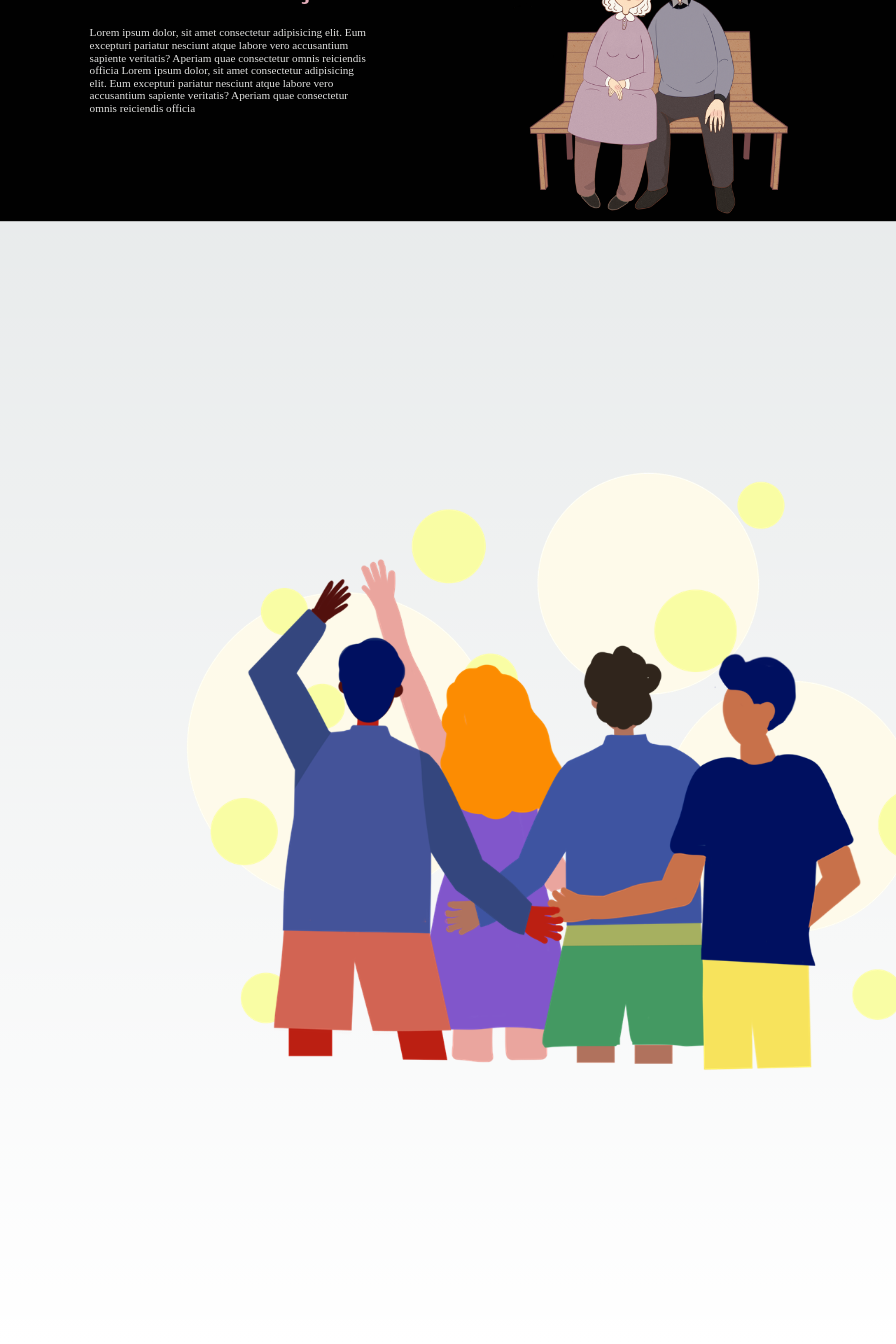
Repository: Giopol12/melhor-idade-online
Page: /home
The author's editor kept a copy of each file at every save. The page is drawn from the files as they stood at one save, then again after the next save.
The browser window is 1280 px wide. The pictures show the part of the page from y = 1010 to 2930 px (the page is 2930 px tall before and 1930 px after), at 70% of full size.
The project was rebuilt for these pictures with package versions that can differ from the ones it lists, and the page was loaded fresh each time. The framework's server and built-in components were replaced by stand-ins that run in the browser. Also part of the build but not shown: next.config.js.

Above is the page before, as saved 2023-11-21 11:05:33.

### src/pages/home/index.tsx
import { Header } from '@/components/Header'
import { Container } from './styles'
import { HomeMain } from './HomeMain'

import { OurMission } from '@/components/OurMission'
import { AboutUs } from '@/components/AboutUs'
export default function Home() {
  return (
    <Container>
      <Header />
      <HomeMain />
      <OurMission />
      <AboutUs />
    </Container>
  )
}

### src/components/Header/index.tsx
import Image from 'next/image'
import { HeaderContainer, LogoContainer, NavContainer } from './styles'

import logo2 from '../../../assets/logo2.png'
import Link from 'next/link'

export function Header() {
  return (
    <HeaderContainer>
      <LogoContainer href="/">
        <Image src={logo2} width={64} alt="logo" quality={100} />
        <strong>melhor idade</strong>
      </LogoContainer>

      <NavContainer>
        <Link href={'/nutrition'}>Sobre nós</Link>
        <Link href="/">Alimentação</Link>
        <Link href="/">Saúde</Link>
        <Link href="/">Lazer</Link>
      </NavContainer>
    </HeaderContainer>
  )
}

### src/pages/home/styles.ts
import { styled } from '@/styles'

export const Container = styled('div', {
  maxWidth: '1440px',
  margin: '0 auto',
})

### src/pages/home/HomeMain/index.tsx
import Image from 'next/image'
import { ContentContainer, HomeMainContainer } from './styles'

import mainImg from '../../../../assets/main-image.png'
import { ArrowUpRight } from '@phosphor-icons/react'

export function HomeMain() {
  return (
    <HomeMainContainer>
      <ContentContainer>
        <h1>Fazendo o bem sem olhar a quem</h1>
        <p>
          Lorem, ipsum dolor sit amet consectetur adipisicing elit. Tempora
          itaque rerum aliquid ipsam, corporis laudantium explicabo pariatur,
          fugiat libero atque repellendus ab mollitia obcaecati voluptate
          perferendis! Nostrum et consequatur unde!
        </p>
        <button>
          <span>SOBRE NOS</span>
          <ArrowUpRight size={22} weight="bold" />
        </button>
      </ContentContainer>
      <Image src={mainImg} width={450} alt="" />
    </HomeMainContainer>
  )
}

### src/components/OurMission/index.tsx
import {
  OurMissionContainer,
  OurMissionContentContainer,
  OurMissionTitleAndDescriptionContainer,
} from './styles'
import Image from 'next/image'
import img from '@/../assets/our-mission-img.png'

export function OurMission() {
  return (
    <OurMissionContainer>
      <OurMissionContentContainer>
        <OurMissionTitleAndDescriptionContainer>
          <h1>A nossa missão é fazer a diferença!</h1>
          <p>
            Lorem ipsum dolor, sit amet consectetur adipisicing elit. Eum
            excepturi pariatur nesciunt atque labore vero accusantium sapiente
            veritatis? Aperiam quae consectetur omnis reiciendis officia Lorem
            ipsum dolor, sit amet consectetur adipisicing elit. Eum excepturi
            pariatur nesciunt atque labore vero accusantium sapiente veritatis?
            Aperiam quae consectetur omnis reiciendis officia
          </p>
        </OurMissionTitleAndDescriptionContainer>
        <Image src={img} height={420} quality={100} alt="" />
      </OurMissionContentContainer>
    </OurMissionContainer>
  )
}

### src/components/AboutUs/index.tsx
import { AboutUsContainer } from './styles'

import Image from 'next/image'
import youngPeople from '@/../assets/young-people.png'
export function AboutUs() {
  return (
    <AboutUsContainer>
      <Image src={youngPeople} width={1200} alt="" />
    </AboutUsContainer>
  )
}

### src/components/Header/styles.ts
import { styled } from '@/styles'
import Link from 'next/link'

export const HeaderContainer = styled('header', {
  maxWidth: 1024,
  margin: '2rem auto',
  display: 'flex',
  justifyContent: 'space-between',
  alignItems: 'center',
})
export const LogoContainer = styled(Link, {
  fontFamily: 'Roboto, sans-serif',
  display: 'flex',
  alignItems: 'center',
  gap: '0.5rem',
  fontWeight: 900,
  fontSize: '2rem',
  textDecoration: 'none',
  color: '$beije500',
})
export const NavContainer = styled('div', {
  display: 'flex',
  gap: '1rem',
  a: {
    textDecoration: 'none',
    color: '$beije400',
    fontSize: '$lg',
    borderBottom: '3px solid transparent',
    '&:hover': {
      borderBottom: '3px solid $beije500',
    },
  },
})

### src/styles/index.ts
import { createStitches } from '@stitches/react'
export const {
  config,
  createTheme,
  css,
  getCssText,
  globalCss,
  keyframes,
  prefix,
  reset,
  styled,
  theme,
} = createStitches({
  theme: {
    colors: {
      white: '#FFF',

      beije100: '#FFFBF4',
      beije400: '#D18D5E',
      beije500: '#CE8755',
      gray500: '#61605F',
      gray700: '#21201F',
      gray900: '#010101',
      green100: '#CDE693',
    },

    fontSizes: {
      md: '1.125rem',
      lg: '1.25rem',
      xl: '1.5rem',
      '2xl': '2rem',
    },
  },
})

### src/pages/home/HomeMain/styles.ts
import { styled } from '@/styles'

export const HomeMainContainer = styled('main', {
  maxWidth: 1024,
  margin: '3rem auto',
  display: 'flex',
  justifyContent: 'space-between',
})
export const ContentContainer = styled('div', {
  marginTop: '3rem',
  display: 'flex',
  flexDirection: 'column',

  flex: 1,
  gap: '1rem',
  paddingRight: '1.5rem',
  h1: {
    fontSize: '3.5rem',
    color: '$gray900',
    fontFamily: 'Lobster, sans-serif;',
    fontWeight: '400',
  },
  p: {
    fontSize: '$lg',
    color: '$gray500',
  },
  button: {
    marginTop: '1rem',
    display: 'flex',
    justifyContent: 'center',
    gap: '0.5rem',
    alignItems: 'center',
    boxSizing: 'initial',
    fontWeight: 'bold',
    width: '9rem',
    fontSize: '$lg',
    background: '$green100',
    border: 0,
    borderRadius: '9999px',
    padding: '1rem 2rem',
    '&:hover': {
      filter: 'brightness(0.8)',
      cursor: 'pointer',
    },
  },
})

### src/components/OurMission/styles.ts
import { styled } from '@/styles'

export const OurMissionContainer = styled('div', {
  margin: '12rem auto 0',
  background: '$gray900',
})
export const OurMissionContentContainer = styled('div', {
  maxWidth: 1024,
  paddingTop: '7.5rem',
  margin: '0 auto',

  display: 'flex',
  justifyContent: 'space-between',
})
export const OurMissionTitleAndDescriptionContainer = styled('div', {
  display: 'flex',
  flexDirection: 'column',
  gap: '2rem',
  maxWidth: '25rem',
  h1: {
    color: '#E5AEBA',
    fontSize: '3rem',
  },
  p: {
    color: '#E1E1DF',
  },
})

### src/components/AboutUs/styles.ts
import { styled } from '@/styles'

export const AboutUsContainer = styled('div', {
  margin: '200px',
})

Loaded but not shown: src/pages/_app.tsx (common file); src/pages/_document.tsx (common file); src/styles/globals.css (common file)

After the next save:
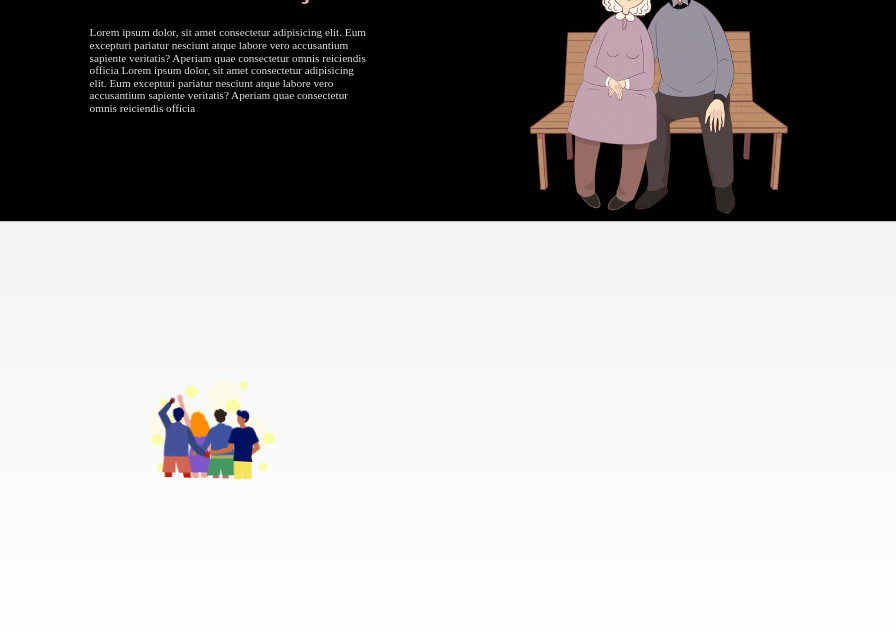
Saved 4 s later.
--- a/src/components/AboutUs/index.tsx
+++ b/src/components/AboutUs/index.tsx
@@ -5,7 +5,7 @@ import youngPeople from '@/../assets/young-people.png'
 export function AboutUs() {
   return (
     <AboutUsContainer>
-      <Image src={youngPeople} width={1200} alt="" />
+      <Image src={youngPeople} width={200} alt="" />
     </AboutUsContainer>
   )
 }
